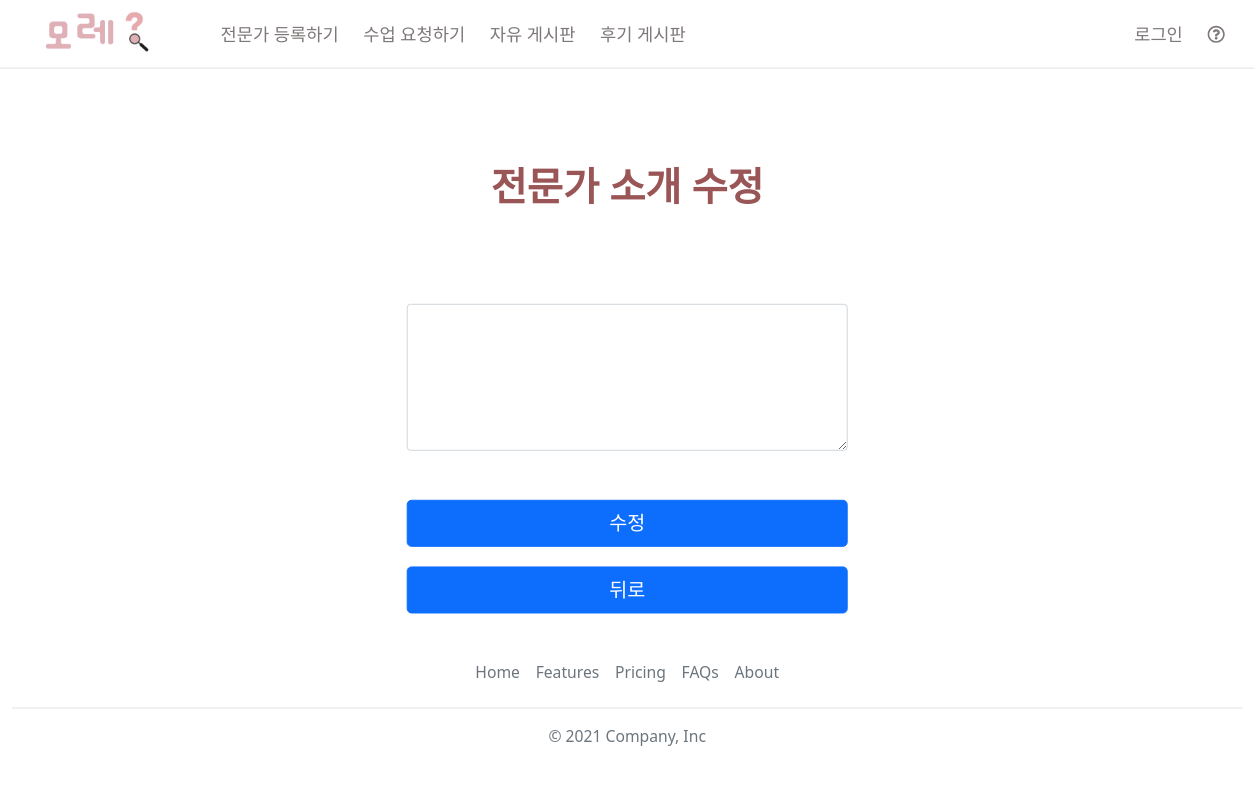
Repository: isssson/MVC2_more
Page: http://localhost/more/WEB-INF/views/expert/expertIntroForm.jsp
The author's editor kept a copy of each file at every save. The page is drawn from the files as they stood at one save, then again after the next save.
The browser window is 1280 px wide. The pictures show the whole page, at 98% of full size.
Some web libraries are served in a nearby version. The page is served by Tomcat 9. Nobody is signed in. The template is opened directly, without the code that normally fills it, so the values that code supplies are empty.

Above is the page before, as saved 2021-12-12 10:05:42.

After the next save:
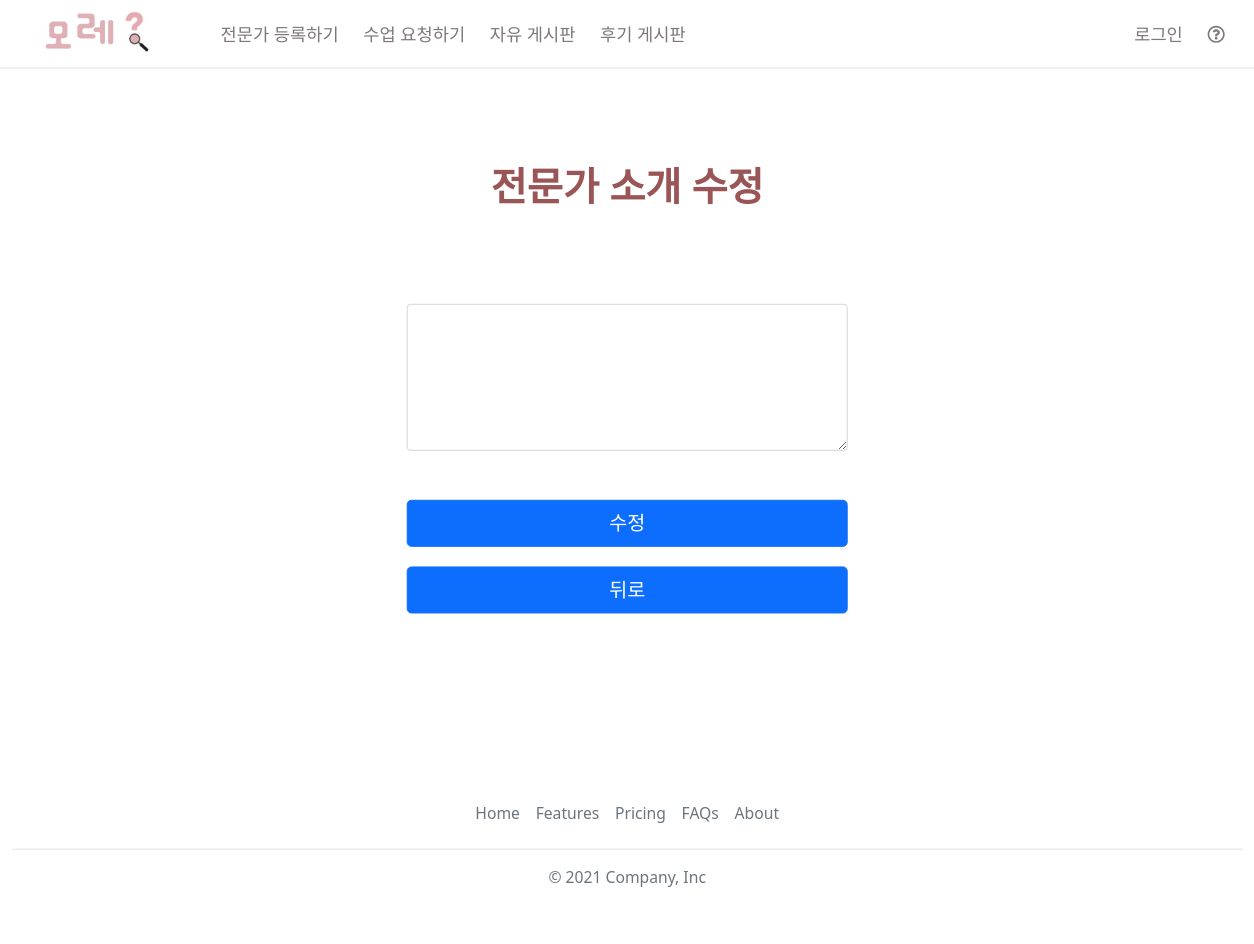
Saved 11 min 40 s later.
--- a/more/src/main/webapp/WEB-INF/views/expert/expertIntroForm.jsp
+++ b/more/src/main/webapp/WEB-INF/views/expert/expertIntroForm.jsp
@@ -10,6 +10,7 @@
    .container {
      width: 500px;
      margin-top: 50px;
+     height: 620px;
    }
    .mb-2 input {
      width: 450px;
@@ -21,7 +22,7 @@
      margin: 0 auto;
    }
    #texta{
-   	text-align: center;
+      text-align: center;
    }
 </style>
 <title>모래-전문가수정</title>
